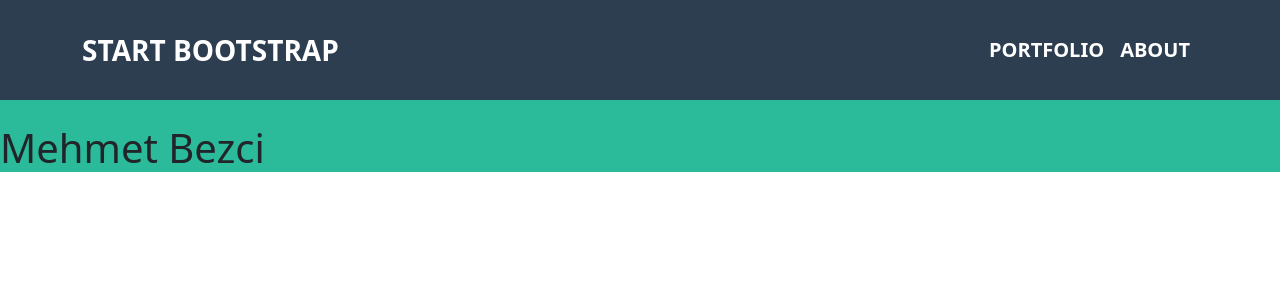
Repository: 7JaxeN7/WT-1255P-Mehmet_BEZC-
Page: index.html
An editor plug-in stored every save of this project. The page is shown before and after the next save, followed by the edit.
The browser window is 1280 px wide. The pictures show the whole page.

Above is the page before, as saved 2025-01-06 21:01:25.

After the next save:
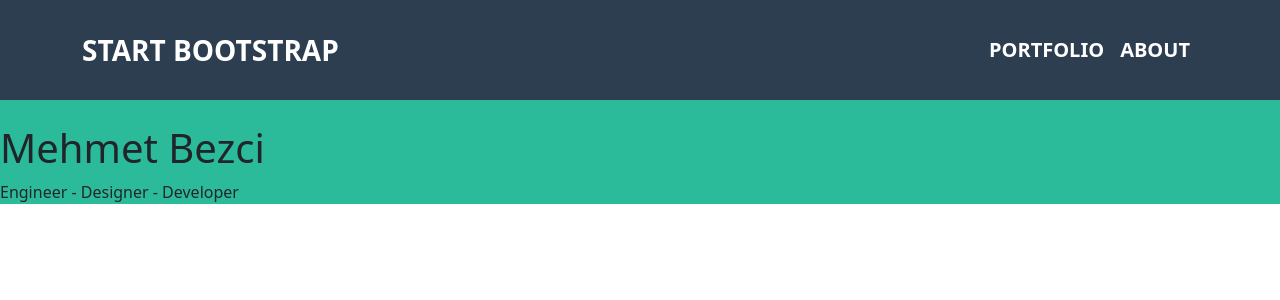
Saved 25 s later.
--- a/index.html
+++ b/index.html
@@ -37,7 +37,7 @@
    <div class="herosection-bg">
     <img/>
     <h1>Mehmet Bezci</h1>
-    <p></p>
+    <p>Engineer - Designer - Developer</p>
    </div>
   <!-- Burası bootstrap script kısmı -->
   <script src="https://cdn.jsdelivr.net/npm/bootstrap@5.3.3/dist/js/bootstrap.bundle.min.js"
